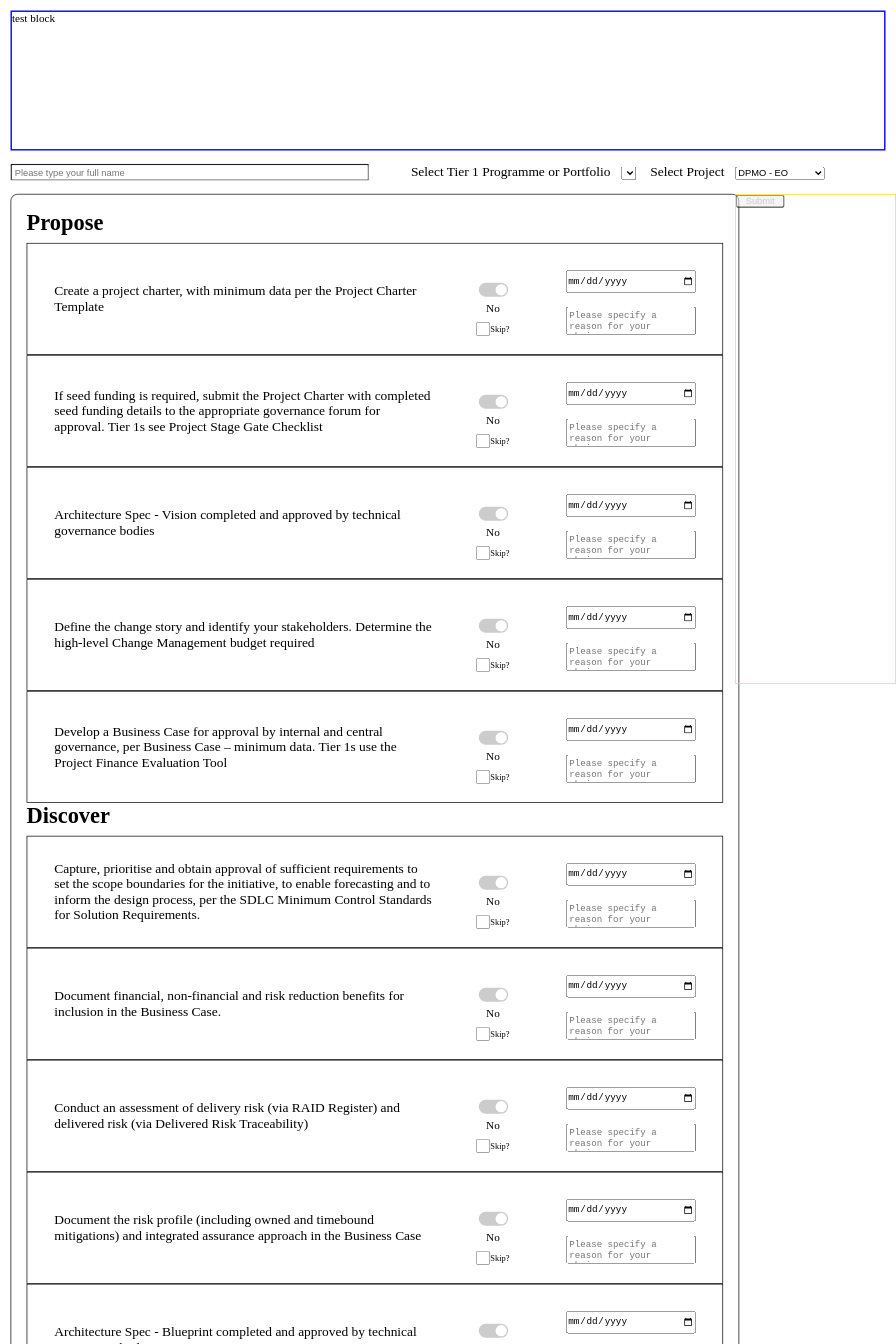
Repository: I-Alpha/JQuery-Html-form
Page: Project-form.html
An editor plug-in stored every save of this project. The page is shown before and after the next save, followed by the edit.
The browser window is 1280 px wide. The pictures show the part of the page from y = 0 to 1920 px (the page is 8709 px tall), at 70% of full size.

Above is the page before, as saved 2020-10-27 01:05:32.

### Project-form.html
<!DOCTYPE html>
<html lang="en">

<head>
    <meta charset="UTF-8">
    <meta name="viewport" content="width=device-width, initial-scale=1.0">
    <link rel="preload" type="fetch" id="Excelfile" name="Excelfile" value="QuestionData.xlsx" />
    <script src="https://ajax.googleapis.com/ajax/libs/jquery/3.5.1/jquery.min.js"></script>
    <script src="https://cdnjs.cloudflare.com/ajax/libs/xlsx/0.14.5/xlsx.full.min.js"></script>
    <script src="https://cdnjs.cloudflare.com/ajax/libs/babel-polyfill/6.26.0/polyfill.js"></script>
    <script src="https://cdnjs.cloudflare.com/ajax/libs/xlsx/0.8.0/jszip.js"></script>
    <script src="https://cdnjs.cloudflare.com/ajax/libs/xlsx/0.8.0/xlsx.js"></script>
    <script src="main.js"></script>
    <link rel="stylesheet" href="main.css" />
    </style>
    <title>Document</title>
</head>

<body style=" display:flex; flex-direction: column; padding: 15px">
    <div id="testblock" name="testblock" style="border:2px solid blue; width: 100%; min-height:200px">test block</div>


    <div id="mainwrapper" style="justify-content: center;">
        <div id="preBar" class="container">
            <div id="formControl" class="container">    <input type= "text" id= "fullname" class= "required" placeholder="Please type your full name"></input>
                <label for="selectPorfolio">Select Tier 1 Programme or Portfolio
                    <select name="selectPorfolio" id="selectPorfolio" style=" margin :0 0 0 10px; max-width:8rem;"
                        placeholder="Select Portfolio"></select></label>
                <label for="selectProject">Select Project
                    <select name="selectProject" id="selectProject" style=" margin :0 0 0 10px; max-width:8rem; "
                        placeholder="Select Portfolio"></select></label>
            </div>

        </div>
        <div id="formContainer" class="container">
            <div id="wrapper">
                <form id="form1">

                    <table class="hidden">
                        <tr>
                            <td colspan=4 class="questCol">
                                <label class="questionLabel" for="mainCheck"></label>
                            </td>
                            <td colspan=1 class="inputCol">
                                <span class="inputContainer">
                                    <span class="mainCheckContainer" style=" display:flex; flex-direction: column;">
                                        <label class="switch">
                                            <input class="mainCheck" type="checkbox" checked>
                                            <span class="slider  round"></span>
                                        </label>
                                        <p for="mainCheck" class="mainChoice" data-val="Yes">No</p>
                                    </span>
                                    <span class="skipContainer" style="left : 6px; display:flex; ">
                                        <input class="skipCheck" type="checkbox">
                                        <p class="skipChoice">Skip?</p>
                                    </span>

                                </span>
                            </td>
                            <td colspan=2 class="altCol">
                                <input type="date" min="getDate()">
                                <textarea type="text"
                                    placeholder="Please specify a reason for your choice...."></textarea>
                            </td>
                        </tr>
                    </table>

                </form>
            </div><div></div>
            <div id= "progressBar"  style ="border : 1px solid gold ; width :230px; right: 0;  position: fixed; height: 700px">
            <button style="order:1; margin:0;" class = "disabled"id="submitbtn" type="submit" form="form1" value="Submit">Submit</button>
        </div>
        </div>

    </div>

</body>

</html>

### main.css

    * {
        box-sizing: border-box;
        margin: 0;
        padding: 0;
        color: black;

    }

    html {
        width: 100%;
        height: 100%;

    }


    label{
        font-size:.9rem;
       }

    body {
        width: 100%;
        height: 100%;
        display: flex;
        position: relative;
        flex-direction: column;
    }

    .hidden{
    display:none;
    visibility: none;
    opacity: 0;
   position:absolute;
    }
    .center {

        text-align: center;
    }

    .container {
        display: flex;
        position: relative;
    }


    h1 {
        margin-bottom: 10px;
    }

    #wrapper {
        border: solid 1px black;
        border-radius: 10px;
        padding: 20px;
        margin-bottom: 10px;

    }

    #mainwrapper{
        max-width: 98%;
    }
    p {
        color: black;
        font-size: 1rem;
        height: auto;
        width: auto;
    }

 .disabled{
     opacity: 60%;
     color:darkgray;
     pointer-events: none;
 }
  form{
      width:100%;
      height : auto;
  }

    .skipContainer {
        position: relative;
        align-items: center;
        left: 0;
        display: flex;
        margin-top: 10px;
    }

    .skipCheck {
        width: 20px;
        height: 20px;

    }

    .skipChoice {font-size: 12px;}


    .skipChoice,
    .skipCheck {
        position: relative;
        left: -10px;
    }

    /* slider */
    .switch {
        position: relative;
        display: inline-block;
        width: 42px;
        height: 20px;
    }

    .switch input {
        opacity: 0;
        width: 0;
        height: 0;
    }

    .slider {
        position: absolute;
        cursor: pointer;
        top: 0;
        left: 0;
        right: 0;
        bottom: 0;
        background-color: #ccc;
        -webkit-transition: .4s;
        transition: .4s;
    }

    .slider:before {
        position: absolute;
        content: "";
        height: 16px;
        width: 16px;
        right:2px;
        bottom: 2px;
        background-color: white;
        -webkit-transition: .4s;
        transition: .4s;
    }

    .mainCheck:checked+.slider {
        background-color: #2196F3;
    }

    .mainCheck:focus+.slider {
        box-shadow: 0 0 1px #2196F3;
    }

    .mainCheck:checked+.slider:before {
        -webkit-transform: translateX(-23px);
        -ms-transform: translateX(-23px);
        transform: translateX(-23px);
    }

    /* Rounded sliders */
    .slider.round {
        border-radius: 34px;
    }

    .slider.round:before {
        border-radius: 50%;
    }

    /*end of slider section*/

    button {
        margin: 10px;
        width: 70px;
        border-radius: 4px;
    }

    td {
         display: flex;
         flex-direction: column;
    }
    td > *{
         padding : 5px 0;
    }


    tr{
        height:10rem;   border: 1px solid black;
        border-collapse: collapse;
}

tr::after{
    border: 1px solid green;
    height:1px;
    content: :" ";
    width: 100%;
    position: relative;
    display: block;
}

td.inputContainer {
    display: inline-block;
    height:100%;
}

td.inputCol{
    display:flex;
    position: relative;
    text-align: center;
    align-items:center;
    min-height:100%;

}

  .questCol textarea{

   padding:  2px  3px;
   display: block;
   position: relative;
   min-width: 95%;
}



/* iPads (portrait and landscape) ----------- */
@media only screen
and (min-device-width : 768px)
and (max-device-width : 1024px) {
/* Styles */
}

/* iPads (landscape) ----------- */
@media only screen
and (min-device-width : 768px)
and (max-device-width : 1024px)
and (orientation : landscape) {
/* Styles */
}

/* iPads (portrait) ----------- */
@media only screen
and (min-device-width : 768px)
and (max-device-width : 1024px)
and (orientation : portrait) {
/* Styles */
}

/* Desktops and laptops ----------- */
@media only screen
and (min-width : 1224px) {
/* Styles */

 label {
     font-size: 1.2rem;
 }

#wrapper{
     min-width: 85%;
     height:auto;
    }

    .inputContainer{

        position: relative;
        top:15px;
     }

    td.inputCol{
        position: absolute;
        vertical-align: middle;


    }

    td {
        position: relative;
        justify-content: center;
        padding:10px 15px;}

    .questCol{
        position: relative;
        padding-right: 5px;
        max-width:35rem;
    }

    td.altCol{
        position: relative;
        height: 100%;
    }
     textarea{
        resize: none;
        display: block;
        font-size: 13px;
        text-align: start;
        align-content: flex-start;
         width:100%;
         top:10px;
         position: relative;
         margin-top:10px;
         padding: 4px 4px;
         align-items: flex-start;
    }

     td.altCol input {
         width:100%;
     }

    tr{
        display: flex;
        flex-direction: row;
        border: 1px solid black;
        border-collapse: collapse;
        justify-content: space-around;

    }


  #preBar{
   display: grid;
   flex-direction: row;
     grid-column: 3;
   margin : 10px 0;
  }



  #preBar >{
 display: flex;
 height:2rem;
  }

  #radioBtnBox label{
    margin: 0 20px;
  }

  #radioBtnBox label input{
    margin: 0 10px;
  }
  #radioBtnBox{
    margin-left:90px;
    border:1px solid black;
    padding: 10px 0;
}

#formControl select{

    margin: 0px 10px 0  0;
}
#formControl label{
   margin:10px;
    align-items:center;

}

 #fullname{
     position: relative;
     max-height:1.5rem;
     bottom:-9.2px;
     width: 32rem;
    border-radius:2px;
    padding:0 4px;
    margin-right:50px;
    }

#form1 {


    position: relative;
display: flex;
flex-direction: column;
}

table{
    width:100%;
}


.mainChoice {
    display: flex;
    margin-top: 8px;
    left:10px;
    position: relative;
}

#formContainer{


}

td.inputContainer {
    display: inline-block;
    height:100%;
}

td.inputCol{
    display:flex;
    position: relative;
    vertical-align: middle;
    text-align: center;
    align-items:center;
    min-height:100%;

}
}

/* Large screens ----------- */
@media only screen
and (min-width : 1824px) {
/* Styles */
}

/* iPhone 4 ----------- */
@media
only screen and (-webkit-min-device-pixel-ratio : 1.5),
only screen and (min-device-pixel-ratio : 1.5) {
/* Styles */
}

Loaded but not shown: main.js (514 lines, source omitted)

After the next save:
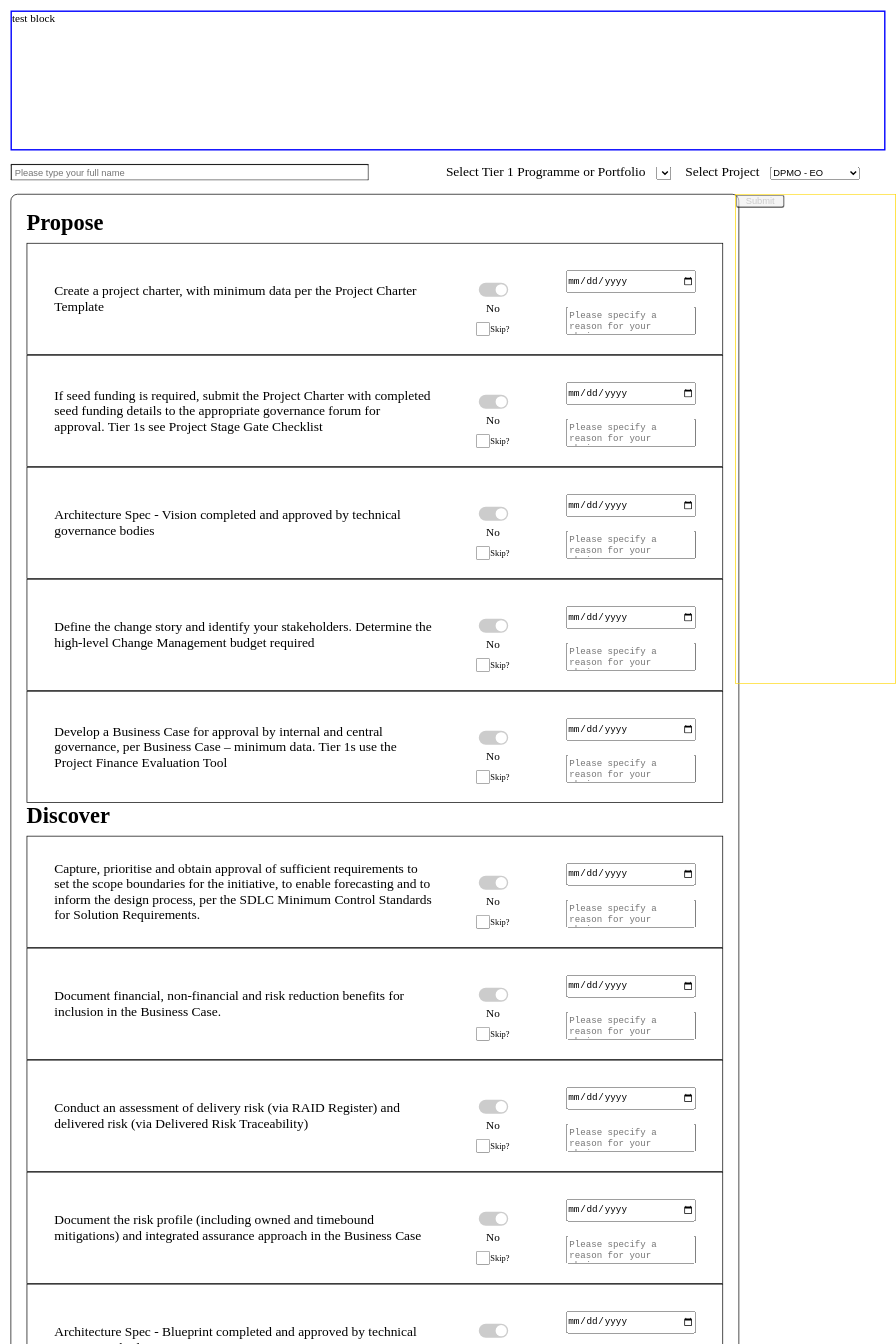
Saved 4 s later.
--- a/main.css
+++ b/main.css
@@ -351,7 +351,7 @@ and (min-width : 1224px) {
      width: 32rem;
     border-radius:2px;
     padding:0 4px;
-    margin-right:50px;
+    margin-right:100px;
     }
 
 #form1 {
